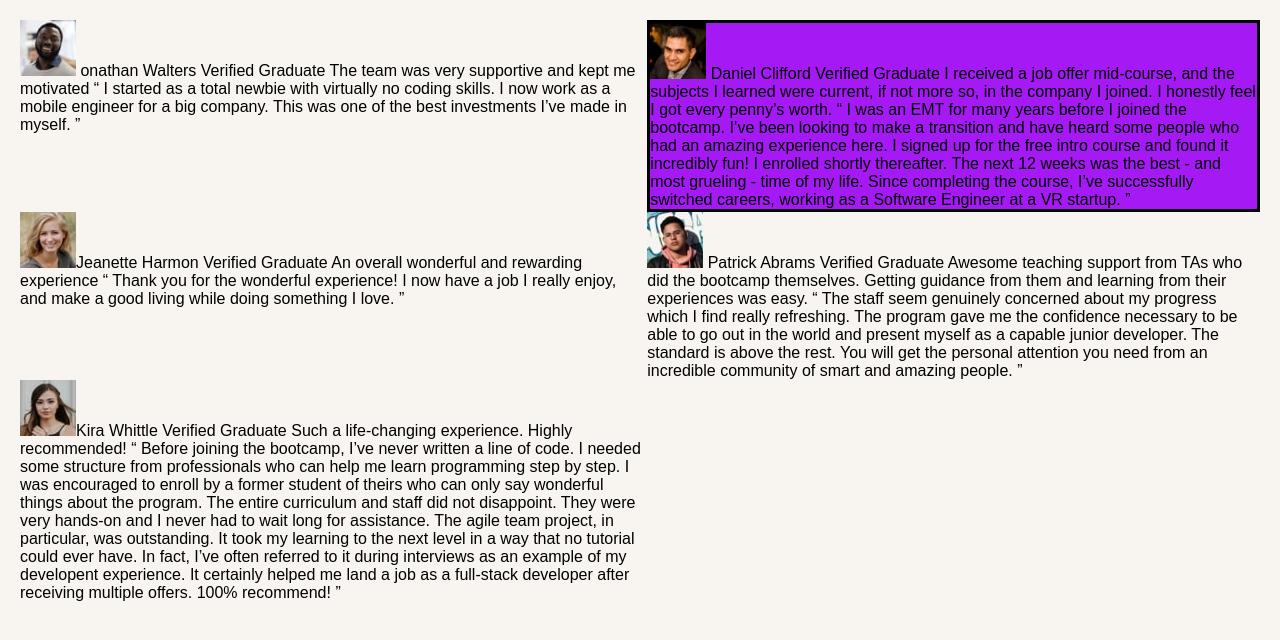
Repository: MagedElRefaey/Grid-Project
Page: Task.html
An editor plug-in stored every save of this project. The page is shown before and after the next save, followed by the edit.
The browser window is 1280 px wide. The pictures show the whole page.

Above is the page before, as saved 2024-09-13 21:48:29.

After the next save:
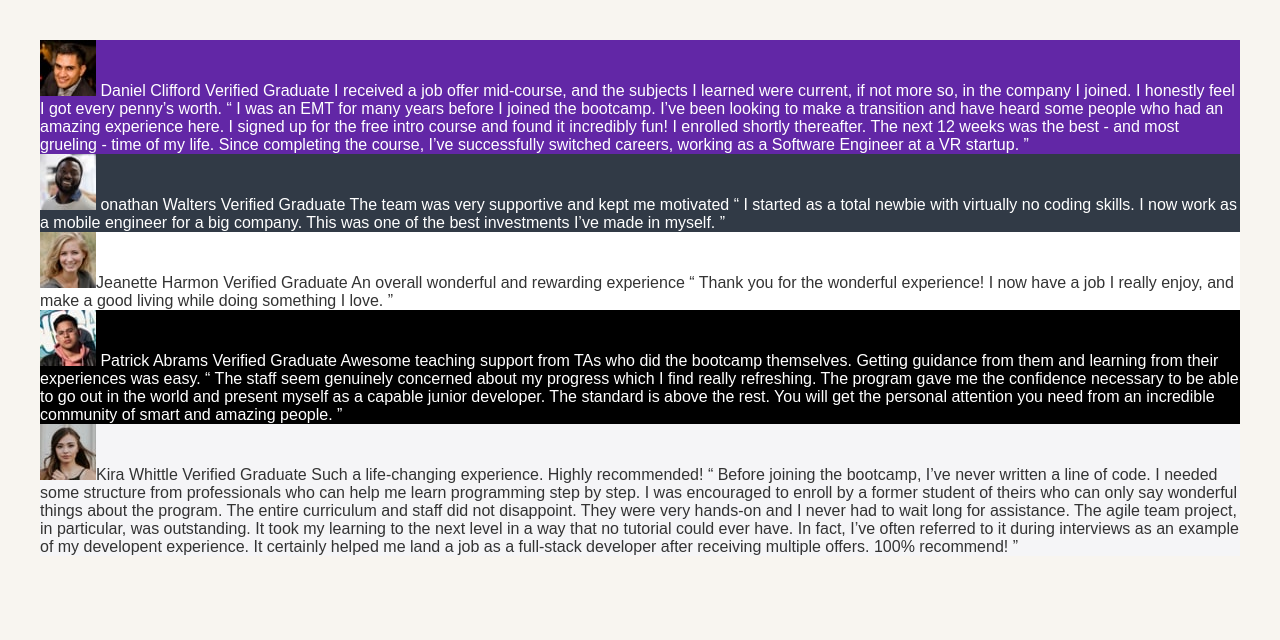
Saved 7 min 56 s later.
--- a/Style.css
+++ b/Style.css
@@ -8,15 +8,42 @@
     background-color: rgb(248, 245, 240);
     padding: 20px;
 }
-.Container{
+.Container-grid {
     display: grid;
-    grid-template-areas: ".David" ".Jonathan" ".Jeantette"
+    grid-template-columns: repeat(4, 1fr);
+    grid-template-rows: auto;
+    gap: 20px;
+}
 
+.Container {
+    padding: 20px;
+    border-radius: 10px;
+    color: white;
+    display: flex;
+    flex-direction: column;
+    justify-content: space-between;
 }
-.David{
-    grid-area:David;
-    height: 100%;
-    width: 100%;
-    border: 3px solid black;
-    background-color: #9c00f7e5;
+
+.David {
+    background-color: #6227a6;
+    grid-column: span 2;
 }
+
+.Jonathan {
+    background-color: #313a46;
+}
+
+.Jeantette {
+    background-color: #ffffff;
+    color: #333;
+}
+
+.Patrick {
+    background-color: #000;
+}
+
+.Kira {
+    background-color: #f5f5f7;
+    color: #333;
+    grid-column: span 2;
+}

After the save that followed:
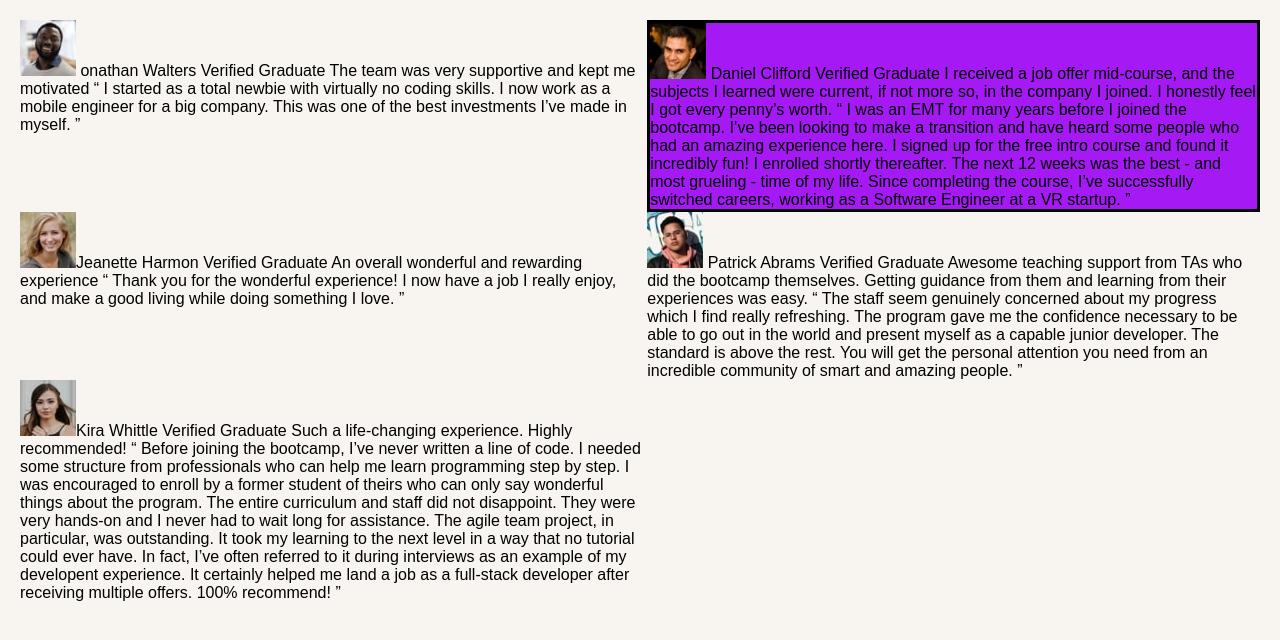
Saved 22 s later.
--- a/Style.css
+++ b/Style.css
@@ -8,42 +8,15 @@
     background-color: rgb(248, 245, 240);
     padding: 20px;
 }
-.Container-grid {
+.Container{
     display: grid;
-    grid-template-columns: repeat(4, 1fr);
-    grid-template-rows: auto;
-    gap: 20px;
+    grid-template-areas: ".David" ".Jonathan" ".Jeantette"
+
 }
-
-.Container {
-    padding: 20px;
-    border-radius: 10px;
-    color: white;
-    display: flex;
-    flex-direction: column;
-    justify-content: space-between;
+.David{
+    grid-area:David;
+    height: 100%;
+    width: 100%;
+    border: 3px solid black;
+    background-color: #9c00f7e5;
 }
-
-.David {
-    background-color: #6227a6;
-    grid-column: span 2;
-}
-
-.Jonathan {
-    background-color: #313a46;
-}
-
-.Jeantette {
-    background-color: #ffffff;
-    color: #333;
-}
-
-.Patrick {
-    background-color: #000;
-}
-
-.Kira {
-    background-color: #f5f5f7;
-    color: #333;
-    grid-column: span 2;
-}
